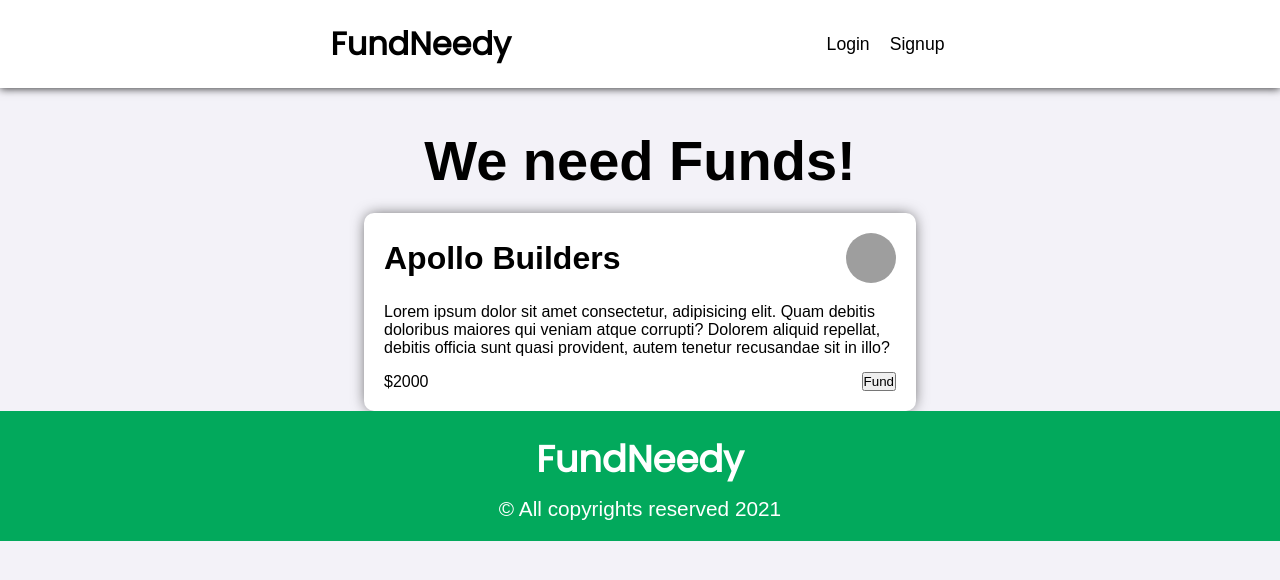
Repository: osdc/codejam
Page: /needies (app in sassy-sandwiches/fund-needy/)
These files come from the project's save history. The page is drawn as it stood at one moment and after the next save; the edit follows.
The browser window is 1280 px wide. The pictures show the whole page.
Pictures or frames that could not be fetched are drawn as grey boxes. The project was rebuilt for these pictures with package versions that can differ from the ones it lists, and the page was loaded fresh each time. Also part of the build but not shown: sassy-sandwiches/fund-needy/src/Showcase.css, sassy-sandwiches/fund-needy/src/Showcase.js.

Above is the page before, as saved 2021-01-09 19:41:28.

After the next save:
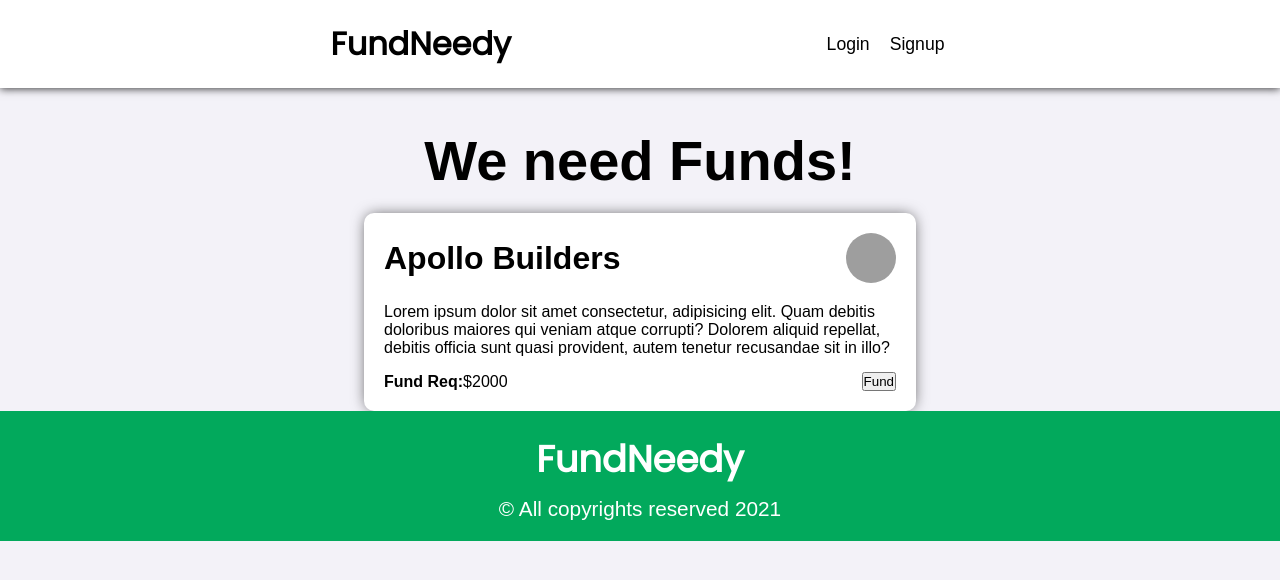
Saved 17 s later.
--- a/sassy-sandwiches/fund-needy/src/Needy.js
+++ b/sassy-sandwiches/fund-needy/src/Needy.js
@@ -20,7 +20,9 @@ function Needy() {
         </p>
       </div>
       <div className="needy_footer">
-        <p>$2000</p>
+        <p>
+          <strong>Fund Req:</strong>$2000
+        </p>
         <button>Fund </button>
       </div>
     </div>
